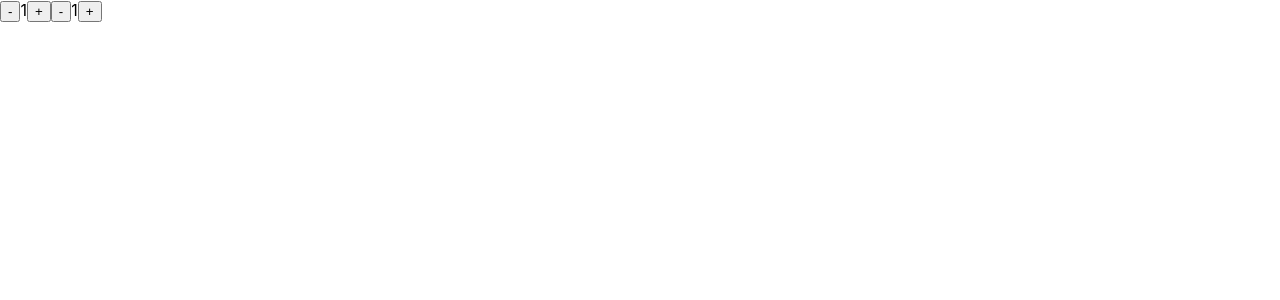
Repository: max535/test-task-netrika
Page: /
The author's editor kept a copy of each file at every save. The page is drawn from the files as they stood at one save, then again after the next save.
The browser window is 1280 px wide. The pictures show the whole page.
The project was rebuilt for these pictures with package versions that can differ from the ones it lists, and the page was loaded fresh each time. Also part of the build but not shown: src/App.css.

Above is the page before, as saved 2021-10-16 06:25:02.

### public/index.html
<!DOCTYPE html>
<html lang="en">
  <head>
    <meta charset="utf-8" />
    <meta name="viewport" content="width=device-width, initial-scale=1" />
    <title>Тестовые задания</title>
  </head>
  <body>
    <div id="root"></div>
  </body>
</html>

### src/App.js
import React from 'react';
import Counter from './Counter';
import './App.css';

function App() {
  return (
    <div className="App">
      <Counter />
      <Counter />
    </div>
  );
}

export default App;

### src/Counter.js
import React, { useState } from 'react';

const Counter = () => {
    const [count, setCount] = useState(1);

    const handleIncrement = () => {
        setCount(count + 1);
    }

    const handleDecrement = () => {
        setCount(count - 1);
    }

    return (
        <React.Fragment>
            <button onClick={handleDecrement}>-</button>
            <span>{count}</span>
            <button onClick={handleIncrement}>+</button>
        </React.Fragment>
    );
}

export default Counter;

Loaded but not shown: src/index.js (common file); src/index.css (common file)

After the next save:
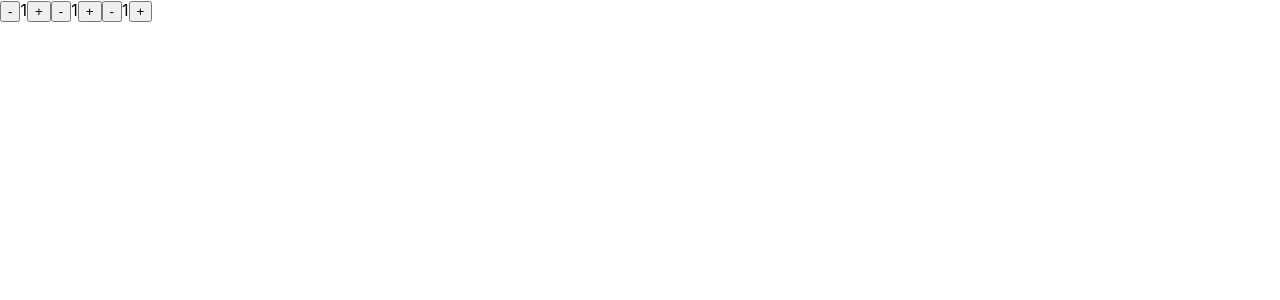
Saved 18 s later.
--- a/src/App.js
+++ b/src/App.js
@@ -7,6 +7,7 @@ function App() {
     <div className="App">
       <Counter />
       <Counter />
+      <Counter />
     </div>
   );
 }
